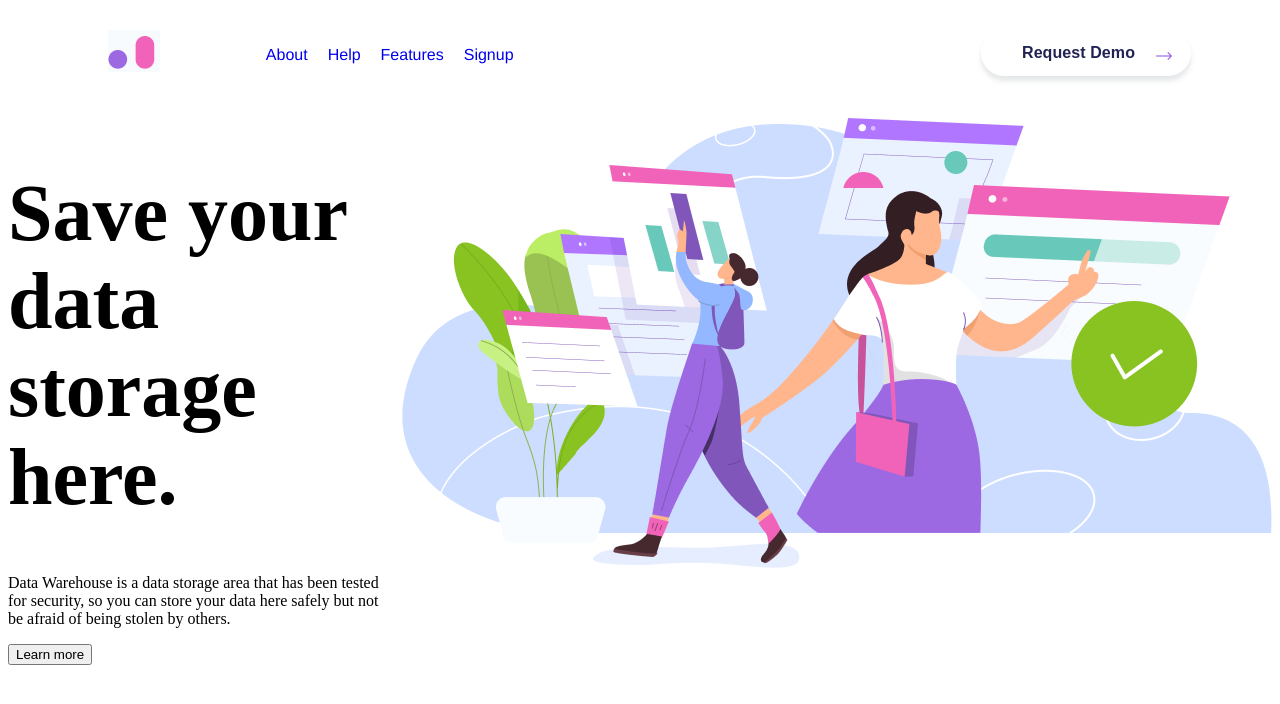
Repository: batonAnton/HW6_flexbox
Page: index.html
The author's editor kept a copy of each file at every save. The page is drawn from the files as they stood at one save, then again after the next save.
The browser window is 1280 px wide. The pictures show the whole page.
Some web fonts or font styles are not loaded; a fallback is used.

Above is the page before, as saved 2022-06-17 17:18:22.

### index.html
<!DOCTYPE html>
<html lang="en">
<head>
    <meta charset="UTF-8">
    <meta http-equiv="X-UA-Compatible" content="IE=edge">
    <meta name="viewport" content="width=device-width, initial-scale=1.0">
    <link href="http://fonts.cdnfonts.com/css/helvetica-neue-9" rel="stylesheet">
    <link rel="stylesheet" href="/css/style.css">
    <title>FlexBox</title>
</head>
<body>
    <header>
        <div class="logo">
            <img src="./images/logo.png" alt="logo">
        </div>

        <nav>
            <ul>
                <li>
                    <a href="#">about</a>
                </li>
                <li>
                    <a href="#">help</a>
                </li>
                <li>
                    <a href="#">features</a>
                </li>
                <li>
                    <a href="#">signup</a>
                </li>
            </ul>
        </nav>

        <div class="header-btn">
            <div>
                <button>request demo</button>
            </div>
            <div class="btn-img">
                <img src="./images/right-arrow.png" alt="arrow-right" >
            </div>
        </div>
    </header>

    <div class="section">
        <div class="info">
            <h1>Save your data storage here.</h1>
            <p>Data Warehouse is a data storage area that has been
                tested for security, so you can store your data here
                safely but not be afraid of being stolen by others.</p>
            <button>Learn more</button>
        </div>

        <div class="section-img">
            <img src="./images/headerImg.png" alt="">
        </div>
    </div>
</body>
</html>

### css/style.css
body {
  box-sizing: border-box;
  font-family: 'Avenir';
  src: url('../fonts/Avenir.eot?#iefix') format('embedded-opentype'),  url('../fonts/Avenir.woff') format('woff'), url('../fonts/Avenir.ttf')  format('truetype'), url('../fonts/Avenir.svg#Avenir') format('svg');
}

header {
  display: flex;
  margin: 30px 100px;
  justify-content: space-between;
  /* border: 1px solid gray; */
  font-family: 'Avenir', Helvetica, sans-serif;
  font-size: 16px;

}

nav{
  margin-right:40%;
}

nav ul  {
  display: flex;
  list-style: none;
  color:#4B5D68;
}



nav ul li a{
    text-decoration: none;
    padding-left: 20px;
    text-transform: capitalize;
}

.header-btn{
    display: flex;
    justify-content: center;
}

.header-btn button{
    padding: 15px 30px 15px 15px;
    text-transform: capitalize;
    border: none;
    border-radius: 50px;
    background: #FFFFFF;
    box-shadow: 0px 5px 5px rgb(75 93 104 / 15%);
    width: 210px;
    color: #212353;
    font-size: 16px;
    font-weight: 800;
    line-height: 100%;
    letter-spacing: 0.005em;

}

.btn-img{
    margin-left: -35px;
    padding-left: -15px;
    align-self: center;
}




button img{
    padding-top: 5px;
    margin-left: 5px;
}

button:hover{
    border: 1px solid rgba(156, 105, 226, 1);
    text-decoration: underline;
}

.section{
    display: flex;
}

.section h1{
font-style: normal;
font-weight: 700;
font-size: 80px;
line-height: 110%;
}

After the next save:
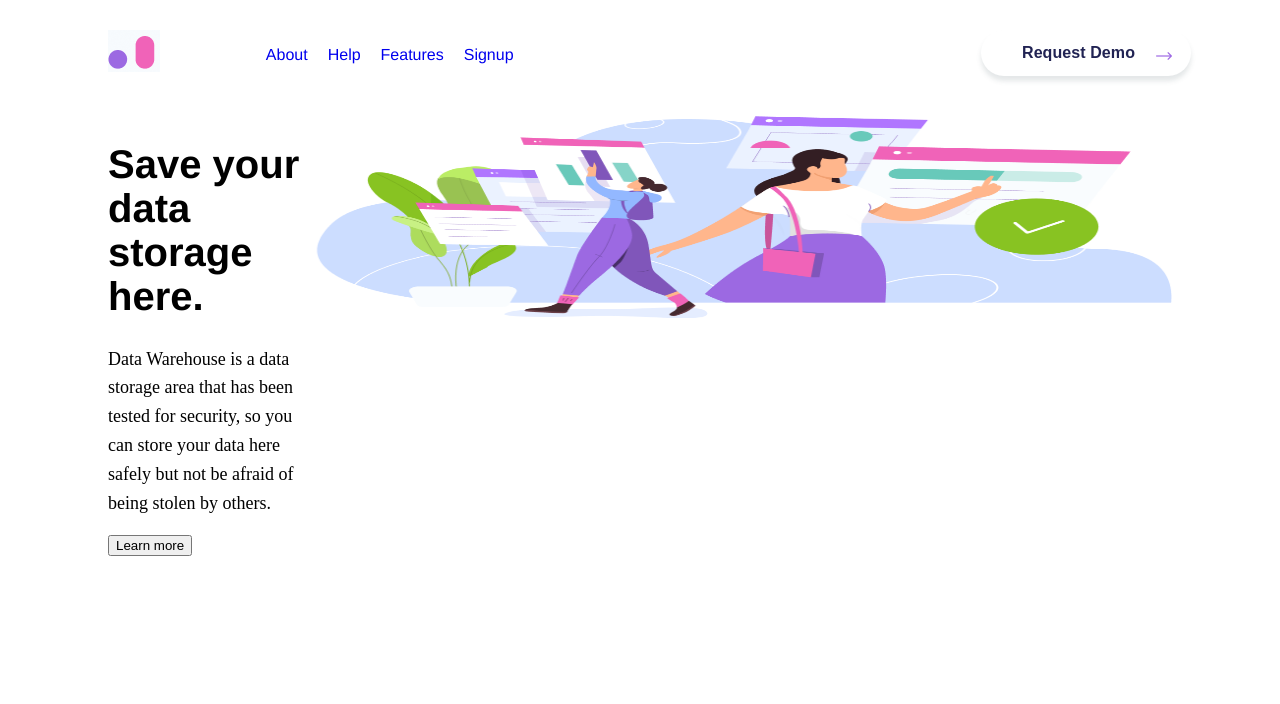
Saved 23 s later.
--- a/css/style.css
+++ b/css/style.css
@@ -74,11 +74,26 @@ button:hover{
 
 .section{
     display: flex;
+    margin: 30px 100px;
 }
 
 .section h1{
-font-style: normal;
-font-weight: 700;
-font-size: 80px;
-line-height: 110%;
+    font-style: normal;
+    font-weight: 700;
+    font-size: 40px;
+    line-height: 110%;
+    font-family: 'Helvetica Neue', sans-serif;
 }
+
+.section p{
+    font-family: 'Avenir';
+    font-style: normal;
+    font-weight: 500;
+    font-size: 18px;
+    line-height: 160%;
+}
+
+.section img{
+    width: 870px;
+    height: 210px;
+}
